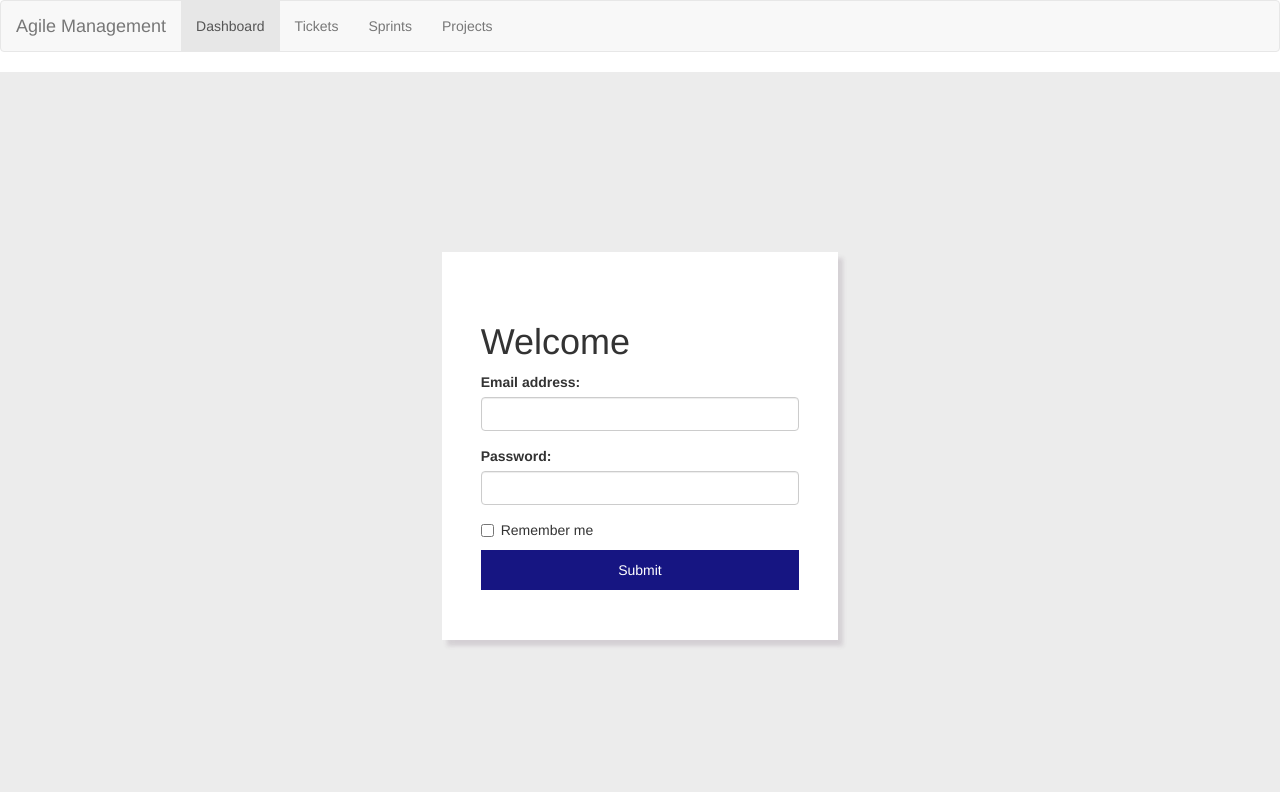
Repository: princexavier/agil
Page: http://localhost/Agile/index.jsp
These files come from the project's save history. The page is drawn as it stood at one moment and after the next save; the edit follows.
The browser window is 1280 px wide. The pictures show the whole page.
Some web libraries are served in a nearby version. The page is served by Tomcat 9. Other server files are loaded and not shown.

Above is the page before, as saved 2018-01-19 04:30:18.

### workspace/Agile/WebContent/index.jsp
<%@ page language="java" contentType="text/html; charset=ISO-8859-1"
    pageEncoding="ISO-8859-1"%>
<!DOCTYPE html>
<html lang="en">

<head>
    <meta charset="UTF-8">
    <title>Login</title>
    <link rel="stylesheet" href="https://maxcdn.bootstrapcdn.com/bootstrap/3.3.7/css/bootstrap.min.css">
    <!-- jQuery library -->
    <script src="https://ajax.googleapis.com/ajax/libs/jquery/3.2.1/jquery.min.js"></script>
    <!-- Latest compiled JavaScript -->
    <script src="https://maxcdn.bootstrapcdn.com/bootstrap/3.3.7/js/bootstrap.min.js"></script>
</head>

<body>
 <header>
        <nav class="navbar navbar-default">
            <div class="container-fluid">
                <div class="navbar-header">
                    <a class="navbar-brand" href="#">Agile Management</a>
                </div>
                <ul class="nav navbar-nav">
                    <li class="active"><a href="#">Dashboard</a></li>
                    <li><a href="ticket.html">Tickets</a></li>
                    <li><a href="ticket.html">Sprints</a></li>
                    <li><a href="#">Projects</a></li>
                </ul>
            </div>
        </nav>
    </header>
    <div class="container" style="height: 100vh;width:100vw;background: #ececec;">
        <div class="row">
            <div class="col-md-4"></div>
            <div class="col-md-4">
                <form action="project.html" style="padding: 50px 39px;box-shadow: 5px 6px 4px #d4cfd4f7;background:#fff;margin-top: 180px;">
                    <h1>Welcome</h1>
                    <div class="form-group">
                        <label for="email">Email address:</label>
                        <input type="email" class="form-control" id="email">
                    </div>
                    <div class="form-group">
                        <label for="pwd">Password:</label>
                        <input type="password" class="form-control" id="pwd">
                    </div>
                    <div class="checkbox">
                        <label>
                            <input type="checkbox"> Remember me</label>
                    </div>
                    <input type="submit" style="padding: 10px 0px;border:none; width: 100%;background: #161582;color: #fff;">
                </form>
            </div>
            <div class="col-md-4"></div>
        </div>
    </div>
</body>

</html>

After the next save:
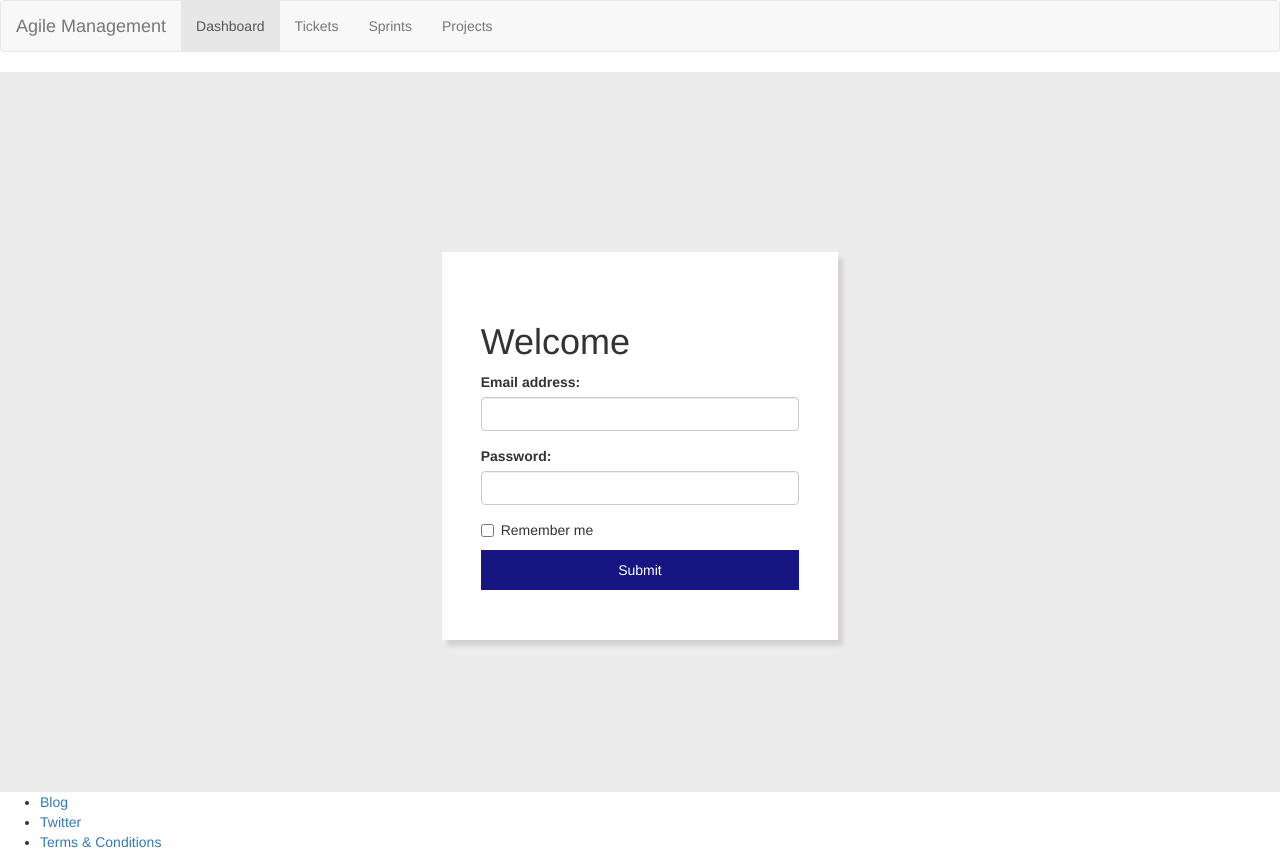
Saved 19 s later.
--- a/workspace/Agile/WebContent/index.jsp
+++ b/workspace/Agile/WebContent/index.jsp
@@ -53,6 +53,19 @@
             <div class="col-md-4"></div>
         </div>
     </div>
+  <footer>
+        <ul class="foot-content">
+            <li>
+                <a href="#">Blog</a>
+            </li>
+            <li>
+                <a href="#">Twitter</a>
+            </li>
+            <li>
+                <a href="#">Terms & Conditions</a>
+            </li>
+        </ul>
+    </footer>
 </body>
 
 </html>
